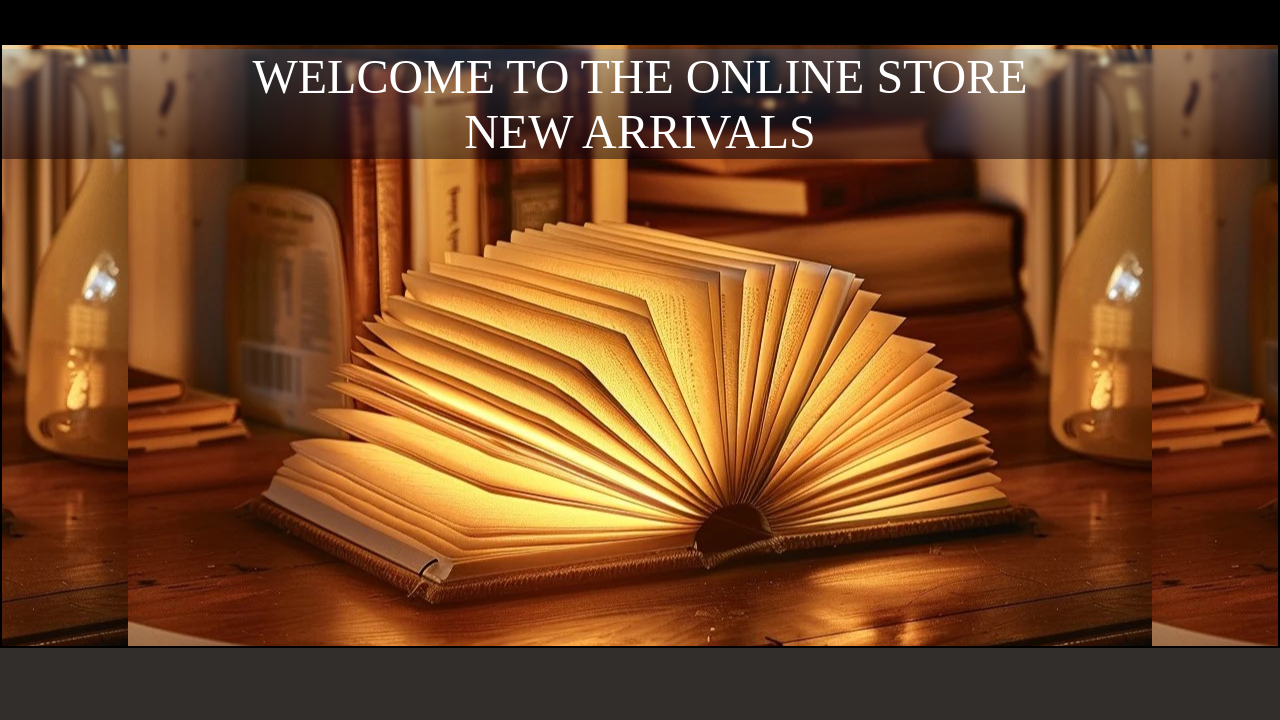
Repository: deeptimahisare1206/J2EE_Hibernate_Core
Page: http://localhost/Test_WEB1/
An editor plug-in stored every save of this project. The page is shown before and after the next save, followed by the edit.
The browser window is 1280 px wide. The pictures show the whole page.
The page is served by Tomcat 9.

Above is the page before, as saved 2024-10-16 15:57:33.

### Test_WEB1/src/main/webapp/index.jsp
<%@ page language="java" contentType="text/html; charset=UTF-8"
    pageEncoding="UTF-8"%>
<!DOCTYPE html>
<html>
<head>
<meta charset="UTF-8">
<title>JSP Page</title>
        <style>
            *{
                margin: 0;
                padding: 0;
                box-sizing: border-box;
                /*background-color:black;*/

                ;

            }
            body{
                background-color:  #312e2c;

                height: 100vh;
                /*background: url("image/3.jpeg")no-repeat maroon;*/
                /*background-size:cove ;*/
                /*height: ;*/
            }
            marquee{
                font-size: 1.5rem;
                padding:  0.5rem 0 ;
                                background-color:black;
                                color: #d49831;

            }
            .main{
                /*padding: 13% 10%;*/
                background: url("image/openbook.jpg");
                border: 2px solid black;
                height: 90vh;
/*                display: grid;
                place-items: first;*/
                background-position:center;

            }
            p{
                text-align: center;
                color: white;
                font-family: serifs;
                /*float: right;*/
                font-size: 3rem;
                backdrop-filter: blur(2px);
                background:linear-gradient( rgba(50,150,255,0.2),rgba(10,1,10,0.5));
            }



        </style>
    </head>
    <body>


        <div class="main">
            <marquee ><--Shop the latest books now before its Stock Out--></marquee>

            <p>
                WELCOME TO THE ONLINE STORE<br />
                NEW ARRIVALS
            </p>




        </div>

    </body>
</html>

### Test_WEB1/src/main/webapp/navbar.html
<!DOCTYPE html>
<html>
<head>
<meta charset="UTF-8">
<title>Insert title here</title>
<style>
            *{
                margin: 0;
                padding: 0;
            }
            nav{
                height: 10vh;
                /*border-bottom: 2px solid maroon;*/
                display: flex;
                flex-direction: row;
                justify-content: space-between;
                /*border: 2px solid black;*/
                /*box-shadow: 1px 2px 15px 1px grey;*/
                font-size: 1.5rem ;
                /*font-weight: bolder;*/
            }
            ul{
               display: flex;
               /*justify-content: center;*/
               align-items: center;

            }
            li{
                display:inline-block;
            }
            nav a{
               color: white;
                /*-webkit-text-stroke-width: 1px;*/
                /*-webkit-text-stroke-color: black ;*/
                margin: 10px;
                text-decoration: none;
                list-style: none;
            }

            .logo h1 a{
                color: #d49831;
            }
            .logo{
                padding-left: 1rem;
                color: #d49831  ;
            }
            li a:hover{
                border-bottom: 5px solid #d49831;

            }

            @media (max-width:768px){
                p{
                    font-size: 30px;
                    /*background-color: black;*/
                    margin: 2em 0 1em 10%;
                }
                ul li{
                    font-size: 1rem;
                }
                img{
                    height:1.9em;
                    width:3em;
                }
                ul{
                    flex-direction: column;
                    border: 2px solid yellow;

                }
            }


        </style>
    </head>
    <body>
         <nav>
                    <div class="logo">
                        <h1><a href="index.jsp" style="hover:none">Book-Store</a></h1>
                    </div>
                    <ul>
                        <li><a href="home.jsp">HOME</a></li>
                        <li><a href="Ulogin.jsp">LOGIN</a></li>
                        <li><a href="Registration.jsp">SIGNUP</a></li>
                        <li><a href="userHomepage.jsp">PROFILE</a></li>
                        <li><a href="contact.jsp">CONTACT US</a></li>
                    </ul>
                </nav>
    </body>
</html>

After the next save:
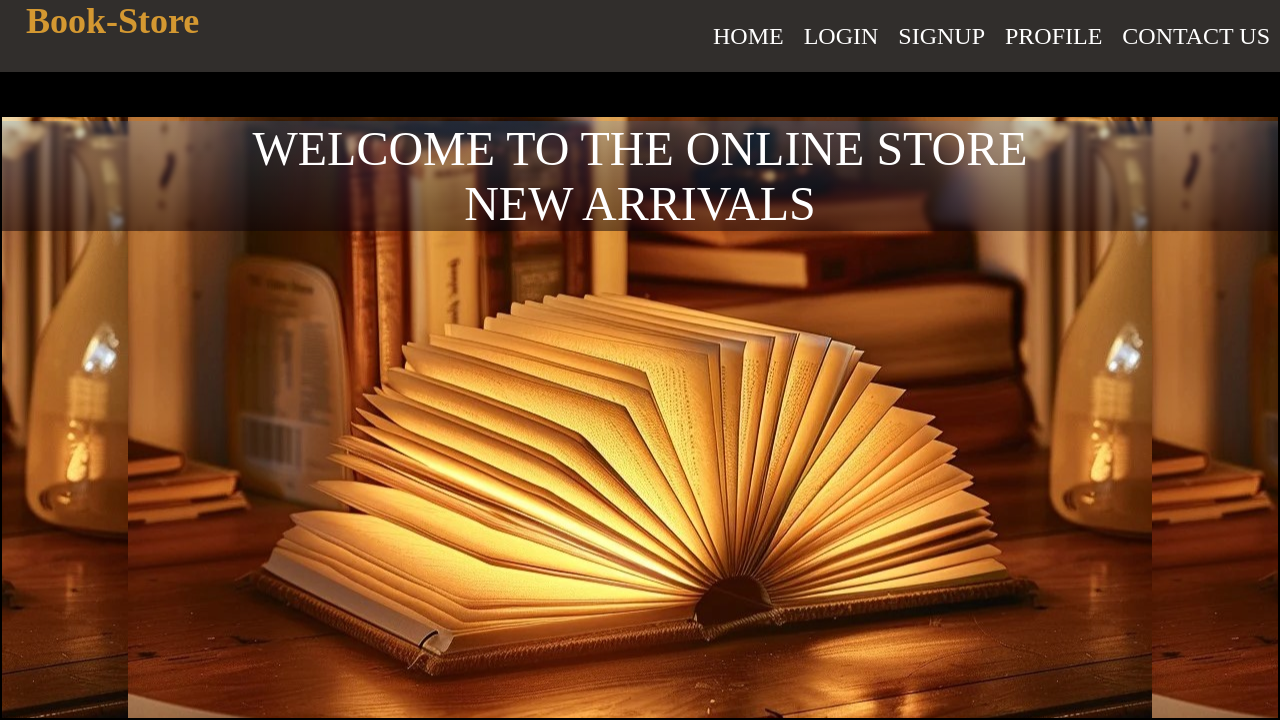
Saved 57 s later.
--- a/Test_WEB1/src/main/webapp/index.jsp
+++ b/Test_WEB1/src/main/webapp/index.jsp
@@ -56,7 +56,7 @@
     </head>
     <body>
 
-
+<%@include file="navbar.html" %>
         <div class="main">
             <marquee ><--Shop the latest books now before its Stock Out--></marquee>
 
